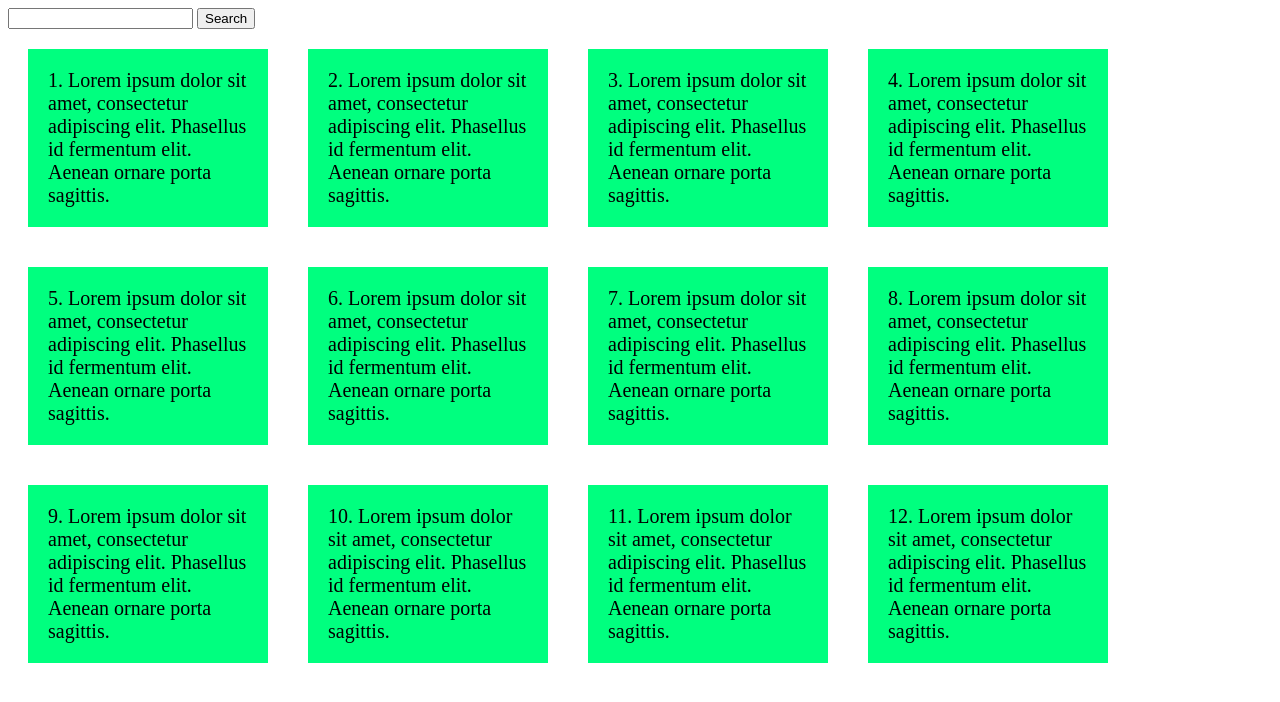
Repository: lyutok/cs50-search-project
Page: google.html
An editor plug-in stored every save of this project. The page is shown before and after the next save, followed by the edit.
The browser window is 1280 px wide. The pictures show the whole page.

Above is the page before, as saved 2025-07-05 16:49:54.

### google.html
<!DOCTYPE html>
<html lang="en">
<head>
    <meta name="viewport" content="width=device-width, initial-scale=1.0" charset="UTF-8">
    <title>Google Search</title>

     <style>
            .container {
                display: flex;
                flex-wrap: wrap;
            }

            .container > div {
                background-color: springgreen;
                font-size: 20px;
                margin: 20px;
                padding: 20px;
                width: 200px;
            }
        </style>
</head>
<body>
    <form action="https://www.google.com/search">
        <input type="text" name="q">
        <button type="submit">Search</button>
    </form>
    <div class="container">
            <div>1. Lorem ipsum dolor sit amet, consectetur adipiscing elit. Phasellus id fermentum elit. Aenean ornare porta sagittis.</div>
            <div>2. Lorem ipsum dolor sit amet, consectetur adipiscing elit. Phasellus id fermentum elit. Aenean ornare porta sagittis.</div>
            <div>3. Lorem ipsum dolor sit amet, consectetur adipiscing elit. Phasellus id fermentum elit. Aenean ornare porta sagittis.</div>
            <div>4. Lorem ipsum dolor sit amet, consectetur adipiscing elit. Phasellus id fermentum elit. Aenean ornare porta sagittis.</div>
            <div>5. Lorem ipsum dolor sit amet, consectetur adipiscing elit. Phasellus id fermentum elit. Aenean ornare porta sagittis.</div>
            <div>6. Lorem ipsum dolor sit amet, consectetur adipiscing elit. Phasellus id fermentum elit. Aenean ornare porta sagittis.</div>
            <div>7. Lorem ipsum dolor sit amet, consectetur adipiscing elit. Phasellus id fermentum elit. Aenean ornare porta sagittis.</div>
            <div>8. Lorem ipsum dolor sit amet, consectetur adipiscing elit. Phasellus id fermentum elit. Aenean ornare porta sagittis.</div>
            <div>9. Lorem ipsum dolor sit amet, consectetur adipiscing elit. Phasellus id fermentum elit. Aenean ornare porta sagittis.</div>
            <div>10. Lorem ipsum dolor sit amet, consectetur adipiscing elit. Phasellus id fermentum elit. Aenean ornare porta sagittis.</div>
            <div>11. Lorem ipsum dolor sit amet, consectetur adipiscing elit. Phasellus id fermentum elit. Aenean ornare porta sagittis.</div>
            <div>12. Lorem ipsum dolor sit amet, consectetur adipiscing elit. Phasellus id fermentum elit. Aenean ornare porta sagittis.</div>
        </div>
</body>
</html>

After the next save:
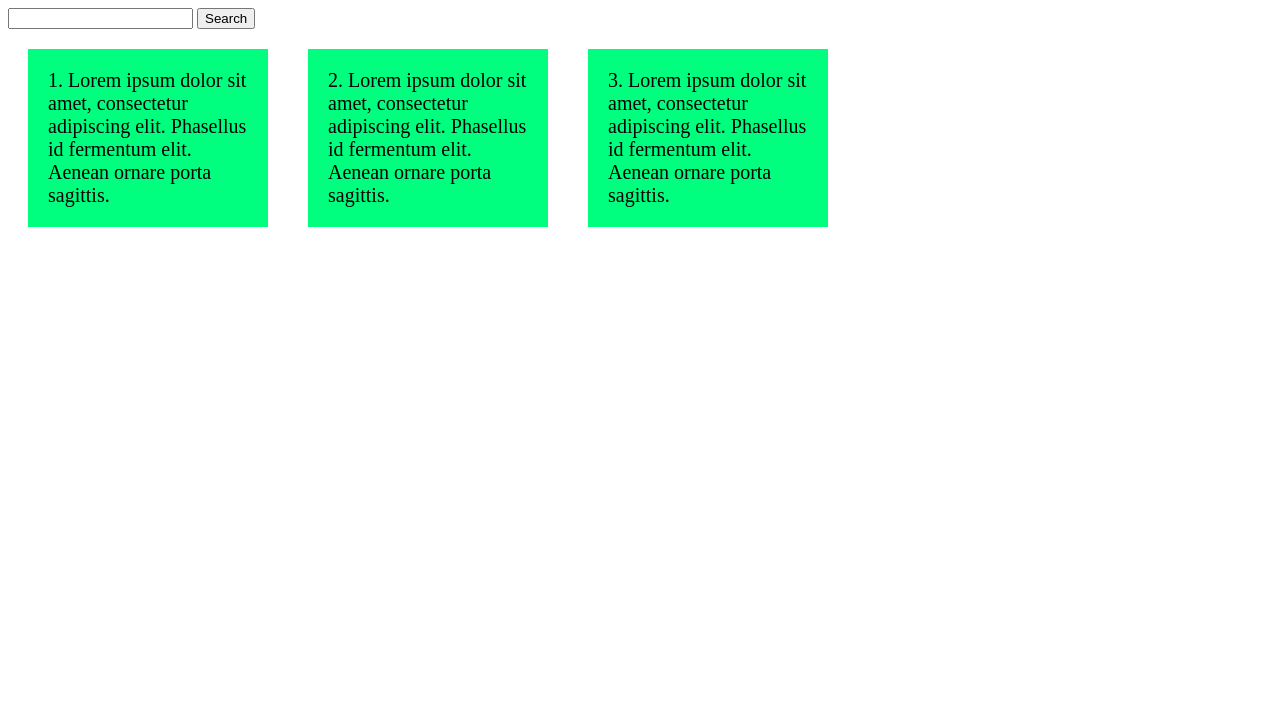
Saved 14 min 20 s later.
--- a/google.html
+++ b/google.html
@@ -28,15 +28,7 @@
             <div>1. Lorem ipsum dolor sit amet, consectetur adipiscing elit. Phasellus id fermentum elit. Aenean ornare porta sagittis.</div>
             <div>2. Lorem ipsum dolor sit amet, consectetur adipiscing elit. Phasellus id fermentum elit. Aenean ornare porta sagittis.</div>
             <div>3. Lorem ipsum dolor sit amet, consectetur adipiscing elit. Phasellus id fermentum elit. Aenean ornare porta sagittis.</div>
-            <div>4. Lorem ipsum dolor sit amet, consectetur adipiscing elit. Phasellus id fermentum elit. Aenean ornare porta sagittis.</div>
-            <div>5. Lorem ipsum dolor sit amet, consectetur adipiscing elit. Phasellus id fermentum elit. Aenean ornare porta sagittis.</div>
-            <div>6. Lorem ipsum dolor sit amet, consectetur adipiscing elit. Phasellus id fermentum elit. Aenean ornare porta sagittis.</div>
-            <div>7. Lorem ipsum dolor sit amet, consectetur adipiscing elit. Phasellus id fermentum elit. Aenean ornare porta sagittis.</div>
-            <div>8. Lorem ipsum dolor sit amet, consectetur adipiscing elit. Phasellus id fermentum elit. Aenean ornare porta sagittis.</div>
-            <div>9. Lorem ipsum dolor sit amet, consectetur adipiscing elit. Phasellus id fermentum elit. Aenean ornare porta sagittis.</div>
-            <div>10. Lorem ipsum dolor sit amet, consectetur adipiscing elit. Phasellus id fermentum elit. Aenean ornare porta sagittis.</div>
-            <div>11. Lorem ipsum dolor sit amet, consectetur adipiscing elit. Phasellus id fermentum elit. Aenean ornare porta sagittis.</div>
-            <div>12. Lorem ipsum dolor sit amet, consectetur adipiscing elit. Phasellus id fermentum elit. Aenean ornare porta sagittis.</div>
+
         </div>
 </body>
 </html>
